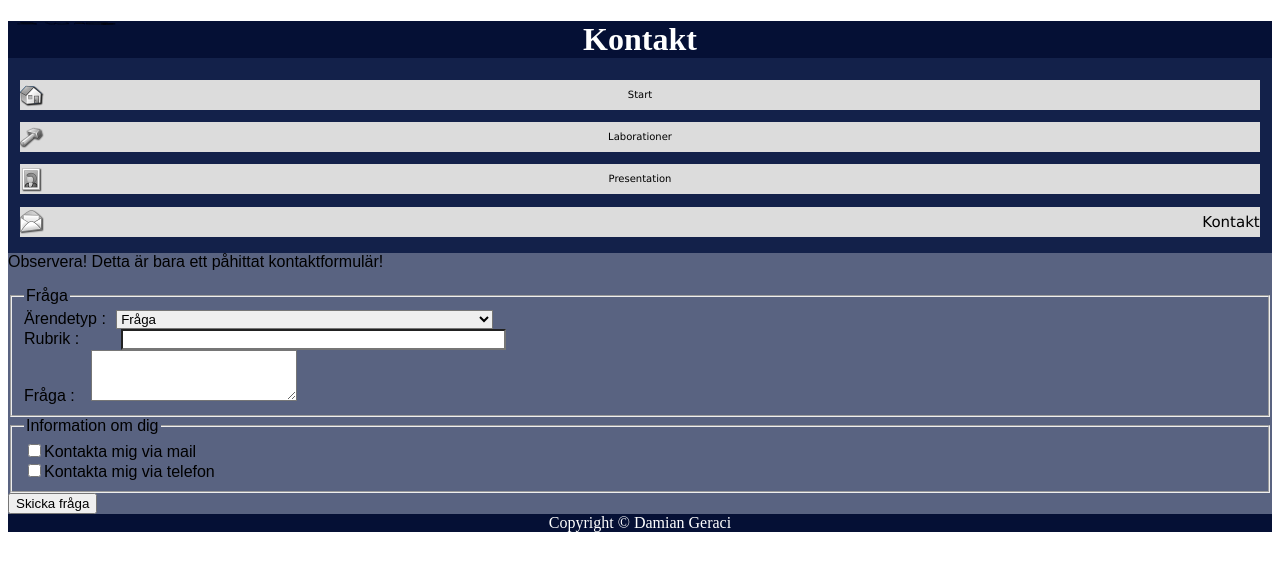
Repository: dg222dm/1ik415-laborationer
Page: pages/kontakt.html
The author's editor kept a record of every edit. The page is drawn from the files as they stood at one moment, then again after the next edit.
The browser window is 1280 px wide. The pictures show the whole page.

Above is the page before.

### pages/kontakt.html
<!doctype html>
<html lang="sv">
    <head>
        <link rel="stylesheet"  href="../css/style.css" media="screen" />
        <link rel="stylesheet"  href="../css/printfriendly.css" media="print" />
        <meta name="viewport" content="width=device-width; initial-scale=1; maximum-scale=1">
        <link rel="stylesheet"  href="../css/mobile.css" />
        <meta charset="utf-8" />
        <title>Kontakt</title>
    </head>
    <body>
        <div id="background">
        <div id="header">
            <h1>Kontakt</h1>
        </div>
        <div id ="nav">
        <!--Lista med länkar -->
            <ul>
                <li><a id="home-icon" href="../index.html">Start</a></li>
                <li><a id="tool-icon" href="laborationer.html">Laborationer</a></li>
                <li><a id="presentation-icon" href="presentation.html">Presentation</a></li>
                <li class="active"><a id="contact-icon" href="kontakt.html" >Kontakt</a></li>

    <!--Slut på länk lista -->
            </ul>
        </div>
        <div id="content">
        <article>
            <p>Observera! Detta är bara ett påhittat kontaktformulär!</p>
            <form method="post" action="http://voyager.lnu.se/tekinet/kurser/dtt/wp_webbintro/form.php">

                <fieldset>
                    <legend>Fråga</legend>

                    <label for="arendetyp">Ärendetyp :</label>
                    <select name="arendetyp" id="text3">
                          <option value="fråga">Fråga</option>
                          <option value="test">test</option>
                    </select><br />

                    <label for="rubrik">Rubrik :</label><input type="text" id="text" name="rubrik"><br />

                   <label for="fraga">Fråga :
                        <textarea name="fraga" id="text2" rows="3" cols="25"></textarea></label>
                </fieldset>
                <fieldset>
                    <legend>Information om dig</legend>
                    <input type="checkbox" name="kontaktamigviamail" value="mail">Kontakta mig via mail<br />
                    <input type="checkbox" name="kontaktamigviatelefon" value="telefon">Kontakta mig via telefon
                </fieldset>
                <!-- fråga läraren -->
                <input type="submit" name="knapp" value="Skicka fråga" />
            </form>
        </article>
        </div>
        <div id="footer">
            Copyright © Damian Geraci
        </div>
        </div>
    </body>
</html>

### css/style.css
#header {
    width:1024px;
    background-color:#051035;
    color:white;
    text-align:center;
    background-image: url(../css/pics/svgLogo.svg);
    background-size: 100px 100px;
    background-position: left -20px;
    background-repeat: no-repeat;

}
#nav ul{
    line-height:30px;
    background-color:#13214A;
    list-style-type: none;
    font-family: verdana;
    font-size:10px;
    float:left;
    padding: 0;
    text-align:center;


}

#nav li{
    margin: 10px ; /*Mellan rum mellan list items*/

}

.active {
    font-size:15px;
    text-align:right;
}

#nav a{
    display: block;
    width: 130px;
    background-color: #dcdcdc;
    text-decoration: none; /*tar bort understräcken*/
    background-image: url(../css/pics/sprite.png);
    background-repeat:no-repeat;
}

#home-icon { background-position: 0 -44px}
#home-icon:hover {background-position: 0px 4px}

#tool-icon { background-position: 0px -140px}
#tool-icon:hover {background-position: 0 -92px}

#presentation-icon { background-position: 0px -236px}
#presentation-icon:hover {background-position: 0 -188px}

#contact-icon { background-position: 0px -333px}
#contact-icon:hover {background-position: 0 -285px}

#nav a:link, #nav a:active, #nav a:visited {
    color: #000000;
}



#background {
    width:1024px;
    height:auto;
    margin:0 auto;
    background-color:#13214A;
}



#footer {
    background-color:#051035;
    width:1024px;
    color:white;
    clear:both;
    text-align:center;

}

#content {
  width: 730px;
  float:left;
  background-color:#596381;
  height: auto;
  font-family: sans-serif;

}

.right {
    float: right;
    border:1px solid #021a40;
    padding: 1px;
}
.left {
    float: left;
    border:1px solid #021a40;
    padding: 1px;
}

.center {
    margin-left:220px;

  }

  table, td, th {
    border: 1px  solid;
}

th {
    background-color: green;
    color: white;
}

#text {
    border-radius:5px;
    margin-left:35px;
    width: 180px;
}

#text2 {
    max-width:600px;
    width:180px;
    max-height:100px;
    border-radius:5px;
    margin-left:35px;
}

#text3 {
    border-radius:5px;
    width:180px;
    margin-left: 5px;
}

/*
header färg: #051035
nav fönster färg: #3E496F
bakgrundsfärg: #13214A
content färg: #596381
footer färg: #051035

*/

### css/mobile.css
@media screen and (max-width: 481px) {
#content {
	width: 100%;
	float: none;
}
#sidebar {
	width: 100%;
	float: none;
}

img {
	max-width: 100%;
	height: auto;
	width: auto\9; /* ie8 */
}
}
#header {
    width:100%;
    background-color:#051035;
    color:white;
    text-align:center;
    background-image: url(../css/pics/svgLogo.svg);
    background-size: 9.76% 9.76%;
    background-position: left 1.9%;
    background-repeat: no-repeat;

}
#nav ul{
    line-height:30px;
    background-color:#13214A;
    list-style-type: none;
    font-family: verdana;
    font-size:10px;
    padding: 0;
    float:none;
    text-align:center;


}

#nav li{
    margin: 0.97% ; /*Mellan rum mellan list items*/

}

.active {
    font-size:15px;
    text-align:right;
}

#nav a{
    display: block;
    width: 100%;
    background-color: #dcdcdc;
    text-decoration: none; /*tar bort understräcken*/
    background-image: url(../css/pics/sprite.png);
    background-repeat:no-repeat;
}

#home-icon { background-position: 0 -44px}
#home-icon:hover {background-position: 0px 4px}

#tool-icon { background-position: 0px -140px}
#tool-icon:hover {background-position: 0 -92px}

#presentation-icon { background-position: 0px -236px}
#presentation-icon:hover {background-position: 0 -188px}

#contact-icon { background-position: 0px -333px}
#contact-icon:hover {background-position: 0 -285px}

#nav a:link, #nav a:active, #nav a:visited {
    color: #000000;
}



#background {
    width:100%;
    height:auto;
    margin:0 auto;
    background-color:#13214A;
}



#footer {
    background-color:#051035;
    width:100%;
    color:white;
    clear:both;
    text-align:center;

}

#content {
  width: 100%;
  float:none;
  background-color:#596381;
  height: auto;
  font-family: sans-serif;

}

.right {
    float: right;
    border:1px solid #021a40;
    padding: 1px;
}
.left {
    float: left;
    border:1px solid #021a40;
    padding: 1px;
}

.center {
    margin-left:21.48%;

  }

  table, td, th {
    border: 1px  solid;
}

th {
    background-color: green;
    color: white;
}

#text {
    border-radius:0.48%;
    margin-left:3.41%;
    width: 30.57%;
}

#text2 {
    max-width:200px;
    width:30.57%;
    max-height:100px;
    border-radius:0.48%;
    margin-left:1%;
}

#text3 {
    border-radius:0.48%;
    width:30.57%;
    margin-left: 0.48%;
}

/*
header färg: #051035
nav fönster färg: #3E496F
bakgrundsfärg: #13214A
content färg: #596381
footer färg: #051035

*/

### css/printfriendly.css
body {
    background-color: white;
    color: black;
    font-family: Times,
    "Times New Roman",
    Garamond, serif;
}

#nav {
    display: none;
}

img {
    display: none;
}

video {
    display: none;
}

#header h1 {
    background-color: black;
    font-size: 24pt;
    text-align: center;
    text-transform: uppercase;
    font-family: Helvetica,
    Arial, Verdana, sans-serif;
    padding: 7pt;
}

#header h1 a {
    color: white;
}

#content h2 {
    padding: 0;
    margin: 0;
    font-size: 20pt;
    border-bottom: 1px solid black;
}

#content h3 {
    padding: 0;
    margin: 0;
    text-align: left;
    font-style: italic;
}

#content h4 {
    font-family: Helvetica,
    Verdana, Arial,
    sans-serif;
    border-top: 3pt solid black;
    background-color: #BEBEBE;
    /* ~30% black*/
    padding: 12pt;
    margin: 0;
}

#content p {
    line-height: 18pt;
}



#content a:after {
    content: " <"
    attr(href) "> ";
    font-family:courier, monospace;
    font-weight: normal;
}

a {
    text-decoration: none;
    font-weight: bold;
    color: #626466;
}

#footer {
    border-top: 1px solid #000;
    text-align: center;
    font-family: Helvetica,
    Verdana, Arial,
    sans-serif;
}

  table, td, th {
    border: 1px  solid;
}

th {
    background-color: White;
    color: Black;
}

After the next edit:
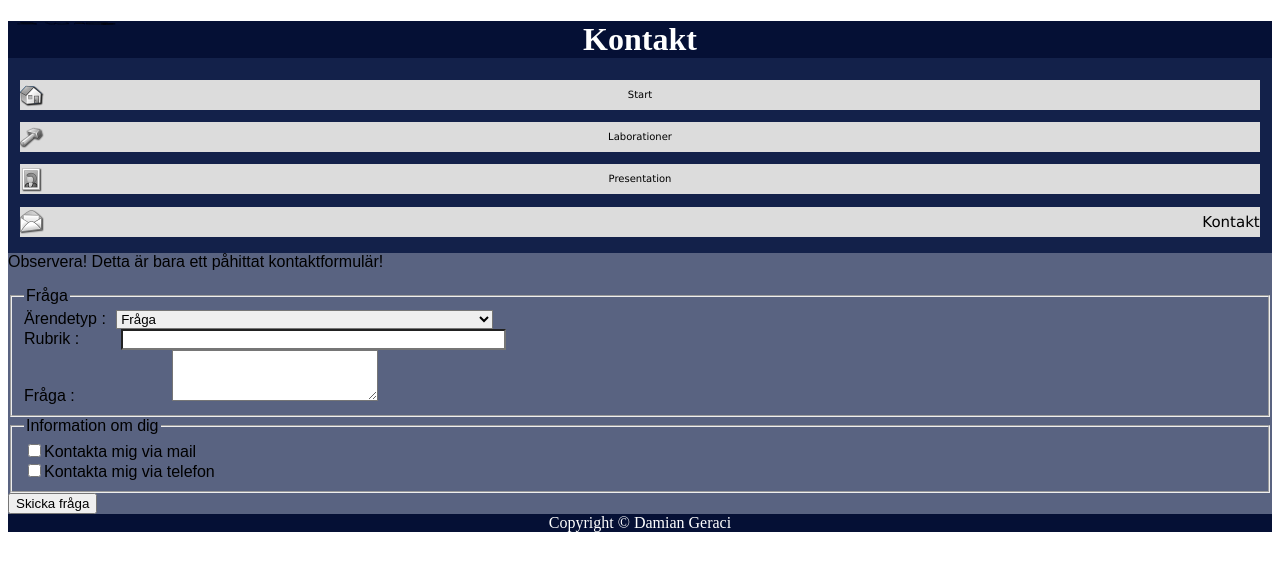
The edit:
--- a/css/mobile.css
+++ b/css/mobile.css
@@ -138,7 +138,7 @@
     width:30.57%;
     max-height:100px;
     border-radius:0.48%;
-    margin-left:1%;
+    margin-left:7.5%;
 }
 
 #text3 {
